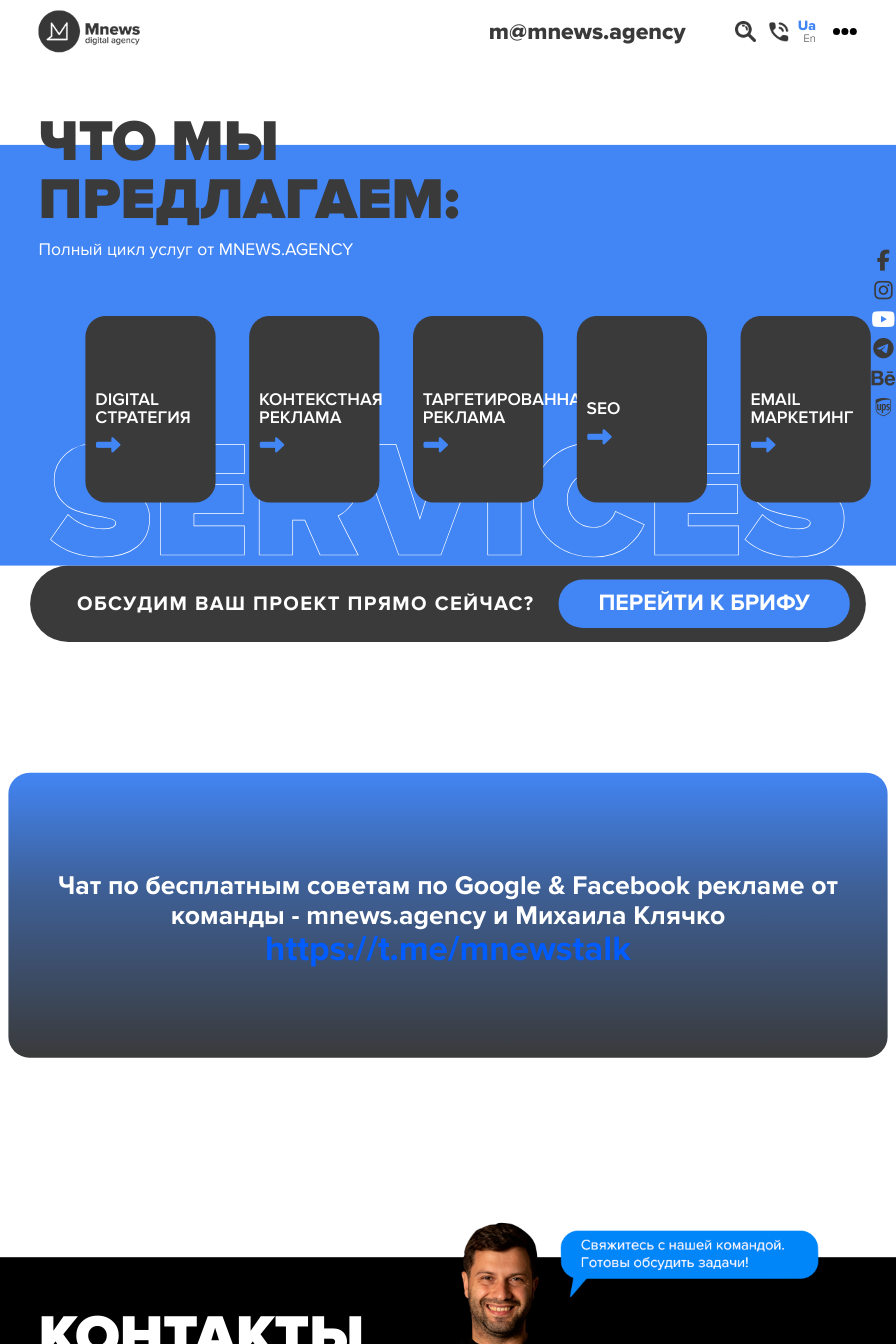
Repository: fanbear/Mnews
Page: services.html
The author's editor kept a copy of each file at every save. The page is drawn from the files as they stood at one save, then again after the next save.
The browser window is 1280 px wide. The pictures show the part of the page from y = 0 to 1920 px (the page is 3161 px tall), at 70% of full size.
Some web libraries are served in a nearby version.

Above is the page before, as saved 2022-08-09 16:16:54.

After the next save:
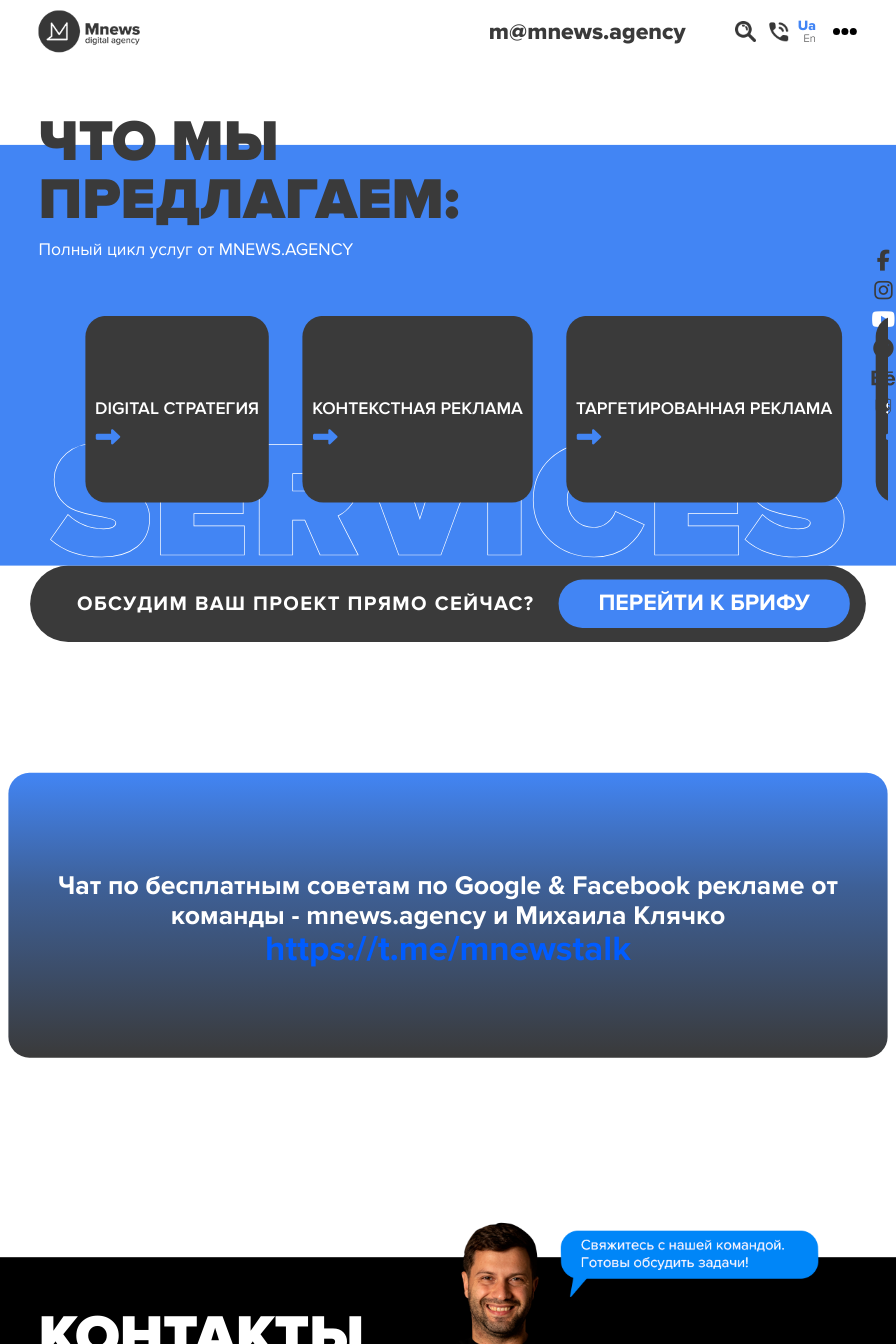
Saved 6 s later.
--- a/js/slider.js
+++ b/js/slider.js
@@ -107,7 +107,7 @@
     infinite: true,
     slidesToShow: 5,
     slidesToScroll: 1,
-    // variableWidth: true,
+    variableWidth: true,
     prevArrow: "<button type='button' class='slick-prev pull-left'><i class='fa fa-angle-left' aria-hidden='true'></i></button>",
     nextArrow: "<button type='button' class='slick-next pull-left'><i class='fa fa-angle-right' aria-hidden='true'></i></button>",
     responsive: [
